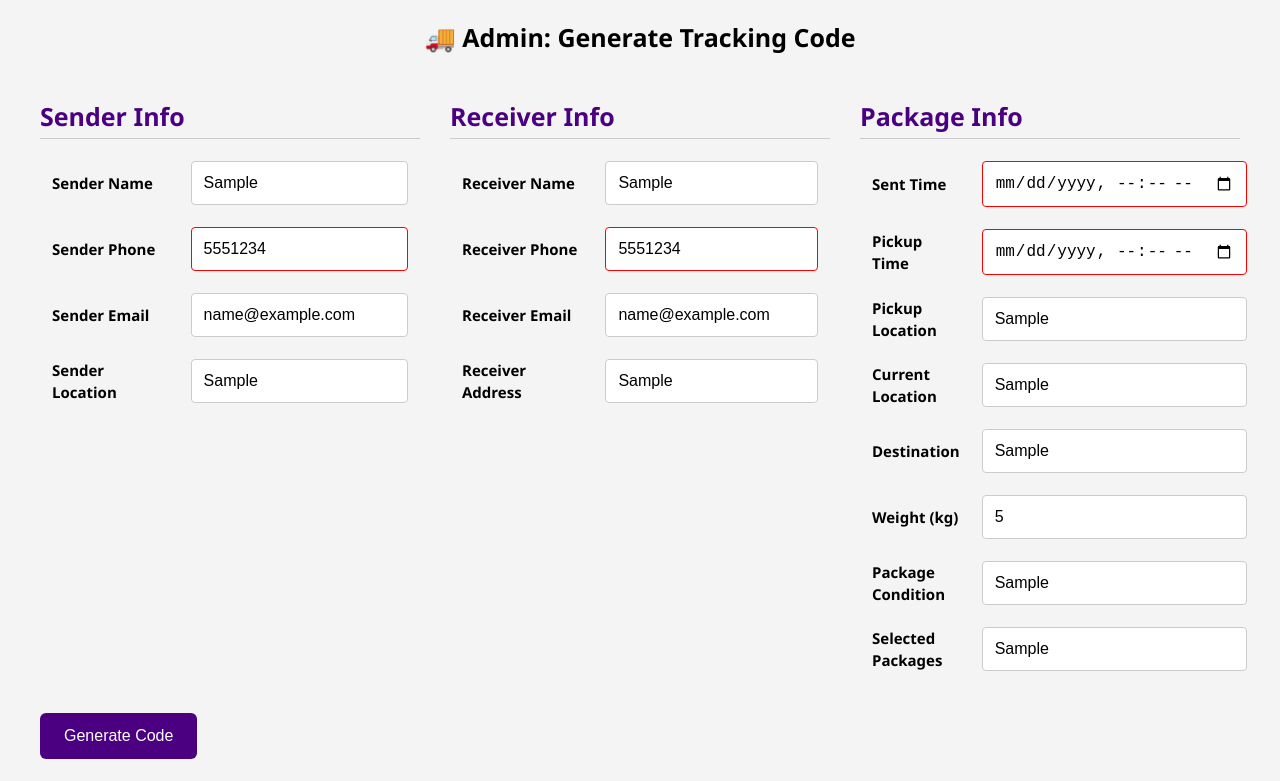
Repository: trenzyfx1/Fedex
Page: admin.html
An editor plug-in stored every save of this project. The page is shown before and after a run of saves, followed by the edit.
The browser window is 1280 px wide. The pictures show the whole page.
Empty fields were first filled with sample values (such as "Sample", 5 or name@example.com).
After loading, the first visible `button.btn` was clicked once.

Above is the page before, as saved 2025-06-22 18:31:34.

### admin.html
<!-- DEVELOPED AND DESIGNED BY ME : CHRISTIAN TREASURE -->

<!DOCTYPE html>
<html lang="en">

<head>

    <head>
        <meta charset="UTF-8">
        <meta name="viewport" content="width=device-width, initial-scale=1.0">
        <title>Admin - Generate Tracking Code</title>
        <link rel="stylesheet" href="./CSS/admin.css">
        <link rel="icon" href="/images/logo.png" type="image/x-icon">
    </head>

<body>

    <h2>🚚 Admin: Generate Tracking Code</h2>
    <div class="form-container">
        <form id="trackingForm">
            <div class="admin-table">

                <!-- Sender Info -->
                <div class="form-section">
                    <h3>Sender Info</h3>
                    <table>
                        <tr>
                            <td><label for="senderName">Sender Name</label></td>
                            <td><input type="text" id="senderName" required></td>
                        </tr>
                        <tr>
                            <td><label for="senderPhone">Sender Phone</label></td>
                            <td><input type="tel" id="senderPhone" required pattern="[0-9]{10,15}"></td>
                        </tr>
                        <tr>
                            <td><label for="senderEmail">Sender Email</label></td>
                            <td><input type="email" id="senderEmail" required></td>
                        </tr>
                        <tr>
                            <td><label for="senderLocation">Sender Location</label></td>
                            <td><input type="text" id="senderLocation" required></td>
                        </tr>
                    </table>
                </div>

                <!-- Receiver Info -->
                <div class="form-section">
                    <h3>Receiver Info</h3>
                    <table>
                        <tr>
                            <td><label for="receiverName">Receiver Name</label></td>
                            <td><input type="text" id="receiverName" required></td>
                        </tr>
                        <tr>
                            <td><label for="receiverPhone">Receiver Phone</label></td>
                            <td><input type="tel" id="receiverPhone" required pattern="[0-9]{10,15}"></td>
                        </tr>
                        <tr>
                            <td><label for="receiverEmail">Receiver Email</label></td>
                            <td><input type="email" id="receiverEmail" required></td>
                        </tr>
                        <tr>
                            <td><label for="receiverAddress">Receiver Address</label></td>
                            <td><input type="text" id="receiverAddress" required></td>
                        </tr>
                    </table>
                </div>

                <!-- Package Info -->
                <div class="form-section">
                    <h3>Package Info</h3>
                    <table>
                        <tr>
                            <td><label for="sentTime">Sent Time</label></td>
                            <td><input type="datetime-local" id="sentTime" required></td>
                        </tr>
                        <tr>
                            <td><label for="pickupTime">Pickup Time</label></td>
                            <td><input type="datetime-local" id="pickupTime" required></td>
                        </tr>
                        <tr>
                            <td><label for="pickupLoc">Pickup Location</label></td>
                            <td><input type="text" id="pickupLoc" required></td>
                        </tr>
                        <tr>
                            <td><label for="currentLoc">Current Location</label></td>
                            <td><input type="text" id="currentLoc" required></td>
                        </tr>
                        <tr>
                            <td><label for="destination">Destination</label></td>
                            <td><input type="text" id="destination" required></td>
                        </tr>
                        <tr>
                            <td><label for="weight">Weight (kg)</label></td>
                            <td><input type="number" id="weight" required></td>
                        </tr>
                        <tr>
                            <td><label for="condition">Package Condition</label></td>
                            <td><input type="text" id="condition" required></td>
                        </tr>
                        <tr>
                            <td><label for="selected">Selected Packages</label></td>
                            <td><input type="text" id="selected" required></td>
                        </tr>
                    </table>
                </div>

            </div>

            <button type="button" class="btn" onclick="generateCode(event)">Generate Code</button>
            <div id="codeDisplay"></div>
        </form>
    </div>


    <script src="./JS/admin.js"></script>
</body>

</html>

### CSS/admin.css
/* DEVELOPED AND DESIGNED BY ME : CHRISTIAN TREASURE */

body {
    font-family: 'Segoe UI', sans-serif;
    background: #f4f4f4;
    margin: 0;
    padding: 0;
}

h2 {
    font-size: 25px;
    margin: auto;
    display: flex;
    padding-top: 20px;
    justify-content: center;
    text-align: center;
}

.form-container {
    max-width: 1200px;
    margin: auto;
    padding: 20px;
}

.admin-table {
    display: flex;
    flex-wrap: wrap;
    gap: 30px;
    justify-content: space-between;
    width: 100%;
}

.admin-table td {
    padding: 10px;
}

.form-section {
    flex: 1;
    min-width: 320px; /* Slightly wider for mobile inputs */
}

.form-section table {
    width: 100%;
}

.form-section h3 {
    margin-bottom: 10px;
    color: #4B0082;
    font-size: 25px;
    border-bottom: 1px solid #ccc;
    padding-bottom: 5px;
}

label {
    font-weight: bold;
    font-size: 15px;
}

input {
    width: 100%;
    padding: 12px;
    font-size: 16px;
    border: 1px solid #ccc;
    border-radius: 4px;
    box-sizing: border-box;
}

.btn {
    margin-top: 30px;
    padding: 14px 24px;
    background: #4B0082;
    color: #fff;
    border: none;
    border-radius: 6px;
    font-size: 16px;
    cursor: pointer;
    width: fit-content;
}

.btn:hover {
    background: #3a006d;
}

/* ✅ Responsive section */
@media (max-width: 768px) {
    .admin-table {
        flex-direction: column;
        gap: 20px;
    }

    .form-section {
        width: 100%;
    }

    input {
        font-size: 16px;
    }

    label {
        font-size: 15px;
    }

    .btn {
        width: 100%;
        text-align: center;
    }
}

### JS/admin.js
// DEVELOPED AND DESIGNED BY ME : CHRISTIAN TREASURE

let generatedCode = "";

function generateCode(event) {
    if (event) event.preventDefault();

    const fields = [
        'senderName', 'senderPhone', 'senderEmail', 'senderLocation',
        'receiverName', 'receiverPhone', 'receiverEmail', 'receiverAddress',
        'sentTime', 'pickupTime', 'pickupLoc', 'currentLoc', 'destination',
        'weight', 'condition', 'selected'
    ];

    let isValid = true;
    let data = {};

    fields.forEach(id => {
        const input = document.getElementById(id);
        if (!input || !input.checkValidity()) {
            input.style.borderColor = 'red';
            isValid = false;
        } else {
            input.style.borderColor = '';
            data[id] = input.value.trim();
        }
    });

    if (!isValid) {
        alert("Please fill in all fields correctly.");
        return;
    }

    // Use senderPhone + receiverPhone as a unique identifier
    const uniqueKey = `${data.senderPhone}_${data.receiverPhone}`;
    const existing = localStorage.getItem(uniqueKey);

    if (existing) {
        showCode(existing);
        return;
    }

    document.querySelector(".code-box")?.remove(); // Remove existing box

    // Loading effect
    const btn = document.querySelector(".btn");
    btn.disabled = true;
    const originalText = btn.innerText;
    btn.innerText = "Generating...";

    setTimeout(() => {
        // Generate and check uniqueness
        do {
            generatedCode = "TRK" + String(Math.floor(Math.random() * 1_000_000_000)).padStart(9, "0");
        } while (localStorage.getItem(generatedCode));

        // Save data
        localStorage.setItem(generatedCode, JSON.stringify(data));
        localStorage.setItem(uniqueKey, generatedCode);

        showCode(generatedCode);

        btn.disabled = false;
        btn.innerText = originalText;
    }, 1500);
}

function showCode(code) {
    const container = document.createElement("div");
    container.className = "code-box";
    container.style.marginTop = "20px";

    container.innerHTML = `
    <p><strong>Tracking Code:</strong> <span id="theCode">${code}</span></p>
    <button onclick="copyCode(this)">Copy</button>
  `;

    document.getElementById("trackingForm").appendChild(container);
}

function copyCode(btn) {
    const codeText = document.getElementById("theCode").innerText;
    navigator.clipboard.writeText(codeText).then(() => {
        btn.innerText = "Copied!";
        setTimeout(() => {
            btn.innerText = "Copy";
        }, 2000);
    });
}

After the next 2 saves:
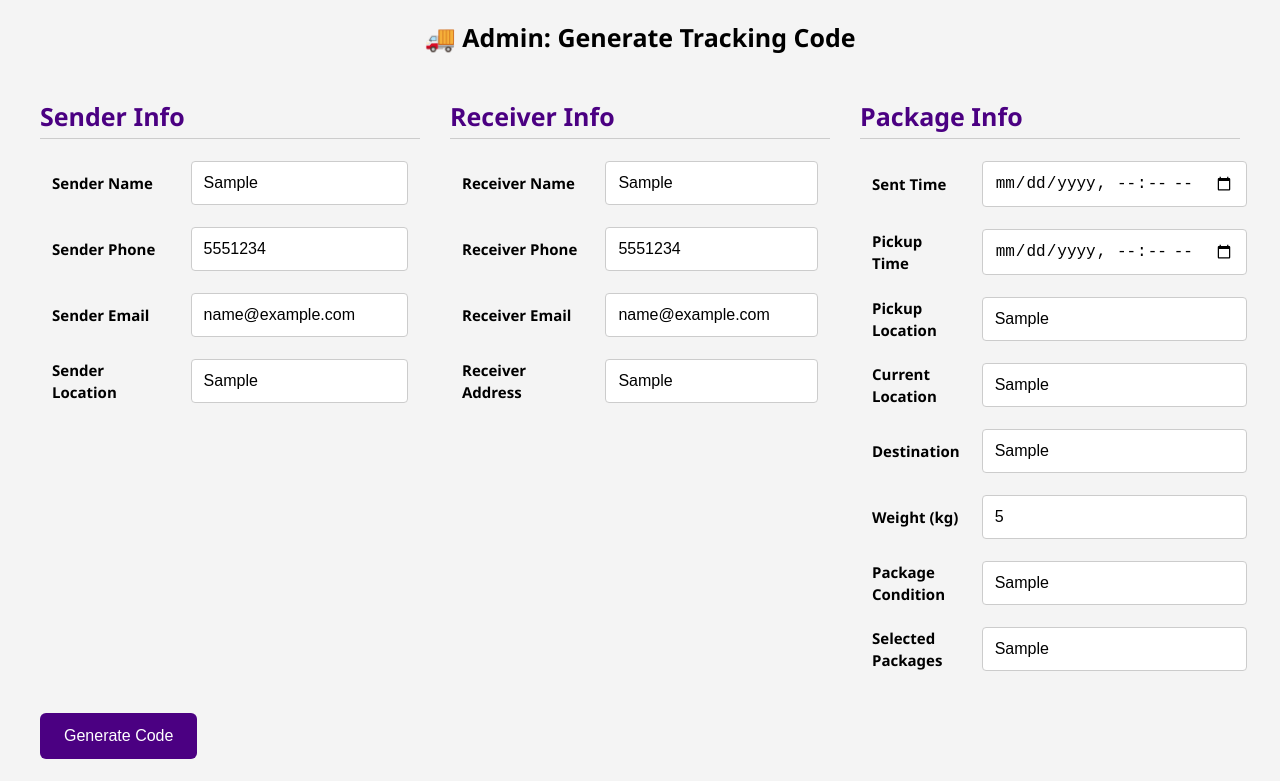
Console error: SyntaxError: Unexpected token '<'
The 2 saves are shown as one change because they came seconds apart.
The last was saved 4 h 36 min later.
--- a/JS/admin.js
+++ b/JS/admin.js
@@ -1,89 +1,22 @@
 // DEVELOPED AND DESIGNED BY ME : CHRISTIAN TREASURE
+<!-- Firebase SDKs (CDN-based for vanilla JS projects) -->
+<script src="https://www.gstatic.com/firebasejs/9.22.1/firebase-app-compat.js"></script>
+<script src="https://www.gstatic.com/firebasejs/9.22.1/firebase-database-compat.js"></script>
 
-let generatedCode = "";
+<script>
+  // Your Firebase config (no changes here)
+  const firebaseConfig = {
+    apiKey: "AIzaSyAJdVGin4DZyvTtmTg6WnhAendyBGEm2gs",
+    authDomain: "my-portfolio-8ce7d.firebaseapp.com",
+    databaseURL: "https://my-portfolio-8ce7d-default-rtdb.europe-west1.firebasedatabase.app",
+    projectId: "my-portfolio-8ce7d",
+    storageBucket: "my-portfolio-8ce7d.firebasestorage.app",
+    messagingSenderId: "1042582859597",
+    appId: "1:1042582859597:web:42e61808d161c24100d104",
+    measurementId: "G-N3X8L94E7X"
+  };
 
-function generateCode(event) {
-    if (event) event.preventDefault();
-
-    const fields = [
-        'senderName', 'senderPhone', 'senderEmail', 'senderLocation',
-        'receiverName', 'receiverPhone', 'receiverEmail', 'receiverAddress',
-        'sentTime', 'pickupTime', 'pickupLoc', 'currentLoc', 'destination',
-        'weight', 'condition', 'selected'
-    ];
-
-    let isValid = true;
-    let data = {};
-
-    fields.forEach(id => {
-        const input = document.getElementById(id);
-        if (!input || !input.checkValidity()) {
-            input.style.borderColor = 'red';
-            isValid = false;
-        } else {
-            input.style.borderColor = '';
-            data[id] = input.value.trim();
-        }
-    });
-
-    if (!isValid) {
-        alert("Please fill in all fields correctly.");
-        return;
-    }
-
-    // Use senderPhone + receiverPhone as a unique identifier
-    const uniqueKey = `${data.senderPhone}_${data.receiverPhone}`;
-    const existing = localStorage.getItem(uniqueKey);
-
-    if (existing) {
-        showCode(existing);
-        return;
-    }
-
-    document.querySelector(".code-box")?.remove(); // Remove existing box
-
-    // Loading effect
-    const btn = document.querySelector(".btn");
-    btn.disabled = true;
-    const originalText = btn.innerText;
-    btn.innerText = "Generating...";
-
-    setTimeout(() => {
-        // Generate and check uniqueness
-        do {
-            generatedCode = "TRK" + String(Math.floor(Math.random() * 1_000_000_000)).padStart(9, "0");
-        } while (localStorage.getItem(generatedCode));
-
-        // Save data
-        localStorage.setItem(generatedCode, JSON.stringify(data));
-        localStorage.setItem(uniqueKey, generatedCode);
-
-        showCode(generatedCode);
-
-        btn.disabled = false;
-        btn.innerText = originalText;
-    }, 1500);
-}
-
-function showCode(code) {
-    const container = document.createElement("div");
-    container.className = "code-box";
-    container.style.marginTop = "20px";
-
-    container.innerHTML = `
-    <p><strong>Tracking Code:</strong> <span id="theCode">${code}</span></p>
-    <button onclick="copyCode(this)">Copy</button>
-  `;
-
-    document.getElementById("trackingForm").appendChild(container);
-}
-
-function copyCode(btn) {
-    const codeText = document.getElementById("theCode").innerText;
-    navigator.clipboard.writeText(codeText).then(() => {
-        btn.innerText = "Copied!";
-        setTimeout(() => {
-            btn.innerText = "Copy";
-        }, 2000);
-    });
-}
+  // Initialize Firebase
+  firebase.initializeApp(firebaseConfig);
+  const database = firebase.database();
+</script>
